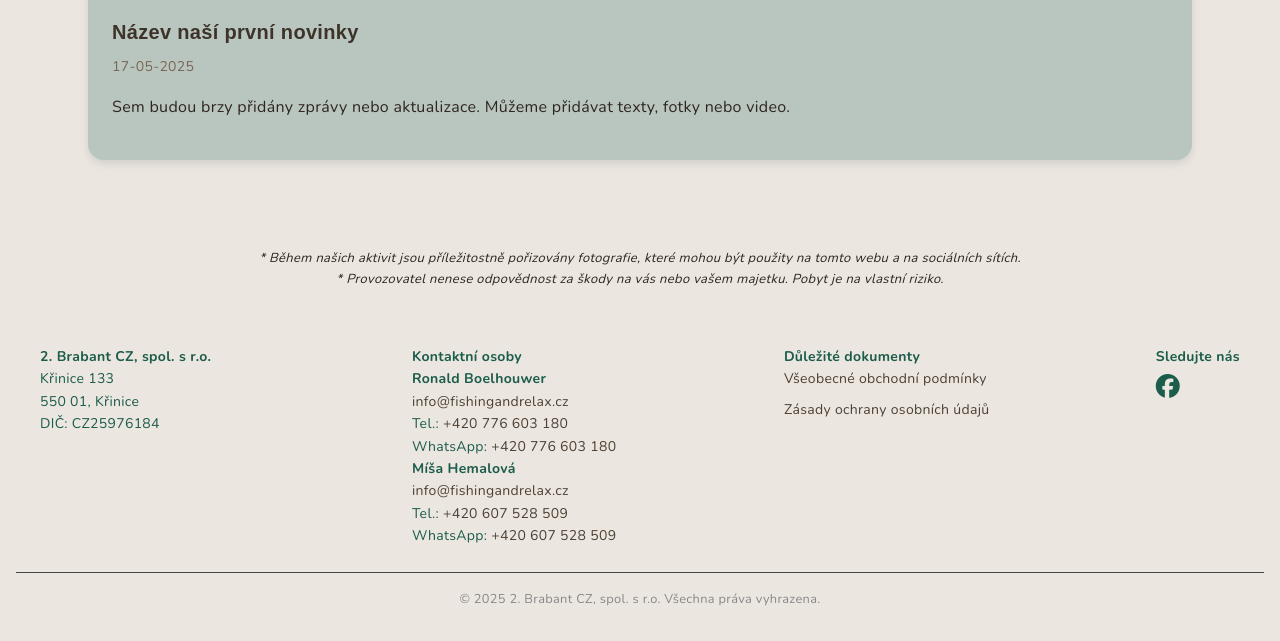
Repository: DanielleFiene/FishingAndRelax
Page: cz/novinky.html
An editor plug-in stored every save of this project. The page is shown before and after the next save, followed by the edit.
The browser window is 1280 px wide. The pictures show the part of the page from y = 2180 to 2847 px (the page is 2821 px tall before and 2847 px after).
Some web fonts or font styles are not loaded; a fallback is used. Some web libraries are served in a nearby version.

Above is the page before, as saved 2025-08-09 13:03:42.

After the next save:
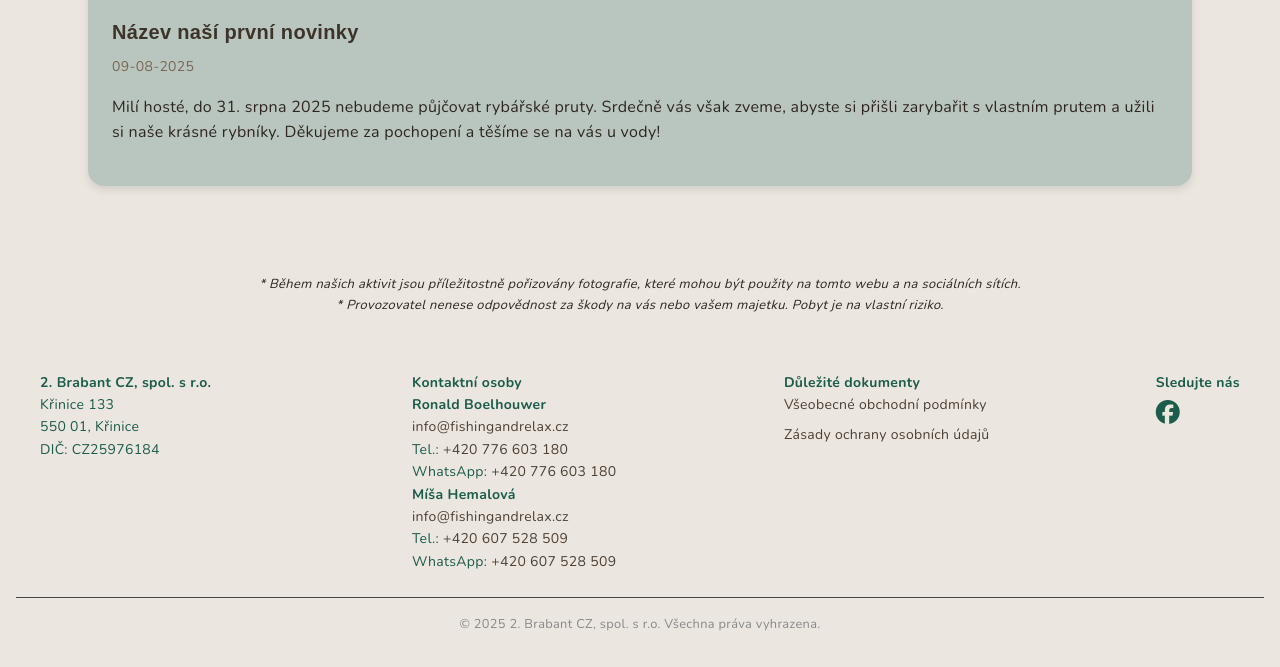
Saved 78 s later.
--- a/cz/novinky.html
+++ b/cz/novinky.html
@@ -94,12 +94,15 @@
                     <h2 class="news-items__title">Všechny naše zážitky</h2>
                     <p class="news-items__description">Buďte v obraze o našich nejnovějších příbězích a krásných fotkách.</p>
                 </div>
+
     <article class="news-item">
       <img src="../resources/Images/Ponds1.png" alt="Rybníky" />
       <h3 class="news-item-title">Název naší první novinky</h3>
-      <time class="news-item-date" datetime="2025-05-17">17-05-2025</time>
+      <time class="news-item-date" datetime="2025-05-17">09-08-2025</time>
       <p class="news-item-description">
-        Sem budou brzy přidány zprávy nebo aktualizace. Můžeme přidávat texty, fotky nebo video.
+        Milí hosté, do 31. srpna 2025 nebudeme půjčovat rybářské pruty.
+        Srdečně vás však zveme, abyste si přišli zarybařit s vlastním prutem a užili si naše krásné rybníky.
+        Děkujeme za pochopení a těšíme se na vás u vody!
       </p>
     </article>
   </div>
